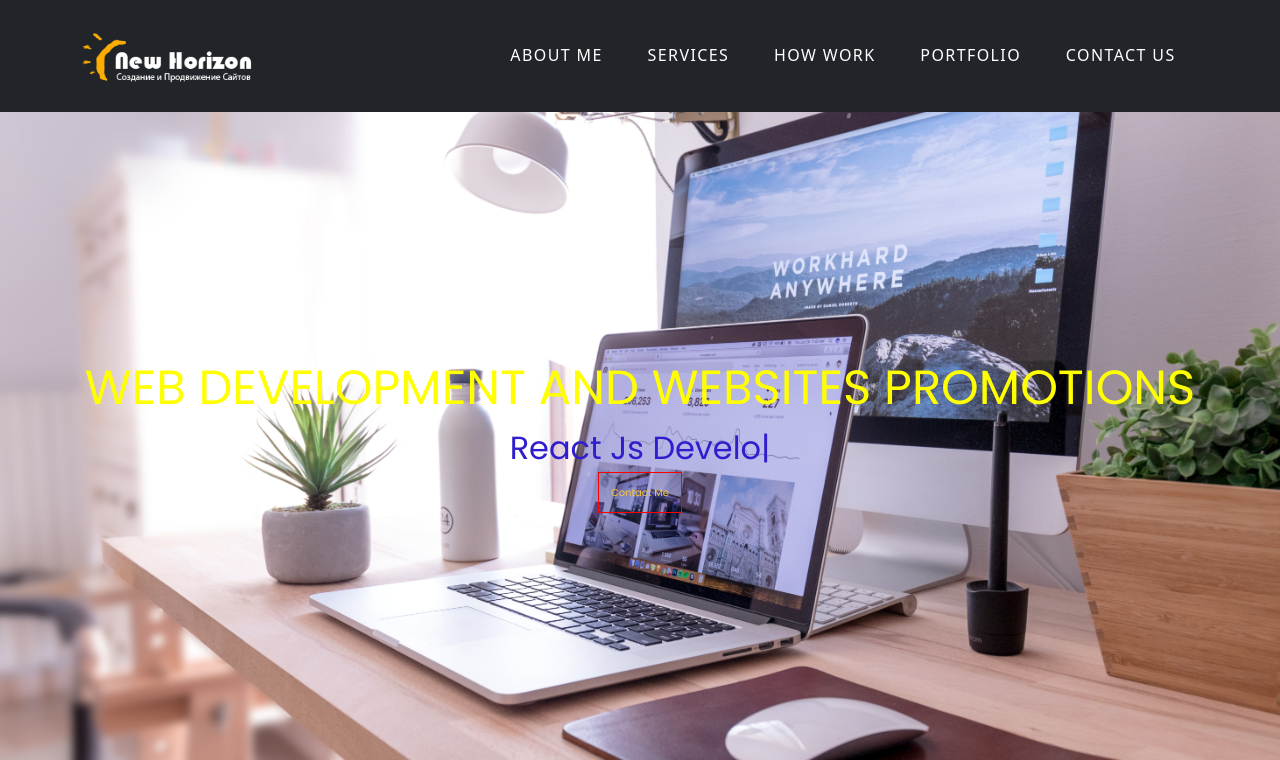
Repository: ahmedibrahimhassan654/React-Bootstrap-5
Page: /
These files come from the project's save history. The page is drawn as it stood at one moment and after the next save; the edit follows.
The browser window is 1280 px wide. The pictures show the whole page.
The project was rebuilt for these pictures with package versions that can differ from the ones it lists, and the page was loaded fresh each time.

Above is the page before, as saved 2021-11-25 07:38:32.

### public/index.html
<!DOCTYPE html>
<html lang="en">
  <head>
    <meta charset="utf-8" />
    <link rel="icon" href="%PUBLIC_URL%/favicon.ico" />
    <meta name="viewport" content="width=device-width, initial-scale=1" />
    <meta name="theme-color" content="#000000" />
    <meta
      name="description"
      content="Web site created using create-react-app"
    />
    <link rel="apple-touch-icon" href="%PUBLIC_URL%/logo192.png" />
    <!--
      manifest.json provides metadata used when your web app is installed on a
      user's mobile device or desktop. See https://developers.google.com/web/fundamentals/web-app-manifest/
    -->
    <link rel="manifest" href="%PUBLIC_URL%/manifest.json" />
    <!--
      Notice the use of %PUBLIC_URL% in the tags above.
      It will be replaced with the URL of the `public` folder during the build.
      Only files inside the `public` folder can be referenced from the HTML.

      Unlike "/favicon.ico" or "favicon.ico", "%PUBLIC_URL%/favicon.ico" will
      work correctly both with client-side routing and a non-root public URL.
      Learn how to configure a non-root public URL by running `npm run build`.
    -->
    <title>React App</title>
  </head>
  <body>
    <noscript>You need to enable JavaScript to run this app.</noscript>
    <div id="root"></div>


 <script src="https://cdn.jsdelivr.net/npm/bootstrap@5.0.2/dist/js/bootstrap.bundle.min.js" integrity="sha384-MrcW6ZMFYlzcLA8Nl+NtUVF0sA7MsXsP1UyJoMp4YLEuNSfAP+JcXn/tWtIaxVXM" crossorigin="anonymous"></script>

  </body>
</html>

### src/App.js
import "./App.css";
import "bootstrap/dist/css/bootstrap.min.css";
import Navbar from "./components/Navbar";
import Header from "./components/Header";
function App() {
  return (
    <>
      <Navbar />
      <Header />
    </>
  );
}

export default App;

### src/App.css
/* Font Imported */
@import url("https://fonts.googleapis.com/css2?family=Poppins:wght@300;400&family=Work+Sans:wght@300&display=swap");

:root {
  --primary-white: #fff;
  --primary-orage: #f4c53f;
  --primary-dark: #212529;
  --primary-green: #44ee17;
}

body {
  font-family: "Poppins", sans-serif;
}
/* Nav Bar */
.logo {
  width: 16.25rem;
}
/* Menu Link */

nav a.nav-link {
  /* font-weight: 900; */
  letter-spacing: 0.0875rem;
  cursor: pointer;
}
nav ul li {
  text-transform: uppercase;
}
.navbar-nav li a {
  color: var(--primary-white) !important;
  margin-right: 0.9rem;
  margin-left: 0.9rem;
  border-bottom: 0.1875rem solid var(--primary-dark);
}
.navbar-brand {
  max-width: 17.25rem;
  padding: 0 !important;
  height: 6rem;
}
.navbar-nav li a.active,
.navbar-nav li a.active:focus {
  border-bottom: 0.1875rem solid var(--primary-orage);
}
.navbar-nav li a:hover {
  border-top: 0.1875rem solid var(--primary-green);
}
/* Header */
.header-wraper {
  position: relative;
  background-image: url("/src/img/cover.jpg");
  background-size: cover;
  background-position: center;
  height: 90vh;
}
.maininfo {
  display: flex;
  position: absolute;
  flex-direction: column;
  justify-content: center;
  align-items: center;
  text-align: center;
  top: 0;
  right: 0;
  bottom: 0;
  left: 0;
  font-family: "Poppins", sans-serif;
}
.maininfo h1 {
  color: yellow;
  text-transform: uppercase;

  font-size: 3rem;
}

.text-typed {
  color: #2f1dce;
  font-size: 2rem;
}
.btn-main-offer {
  border: 1px solid red;
  text-decoration: none;
  border-radius: 0;
  padding: 12px 12px 12px 12px;
  color: var(--primary-orage);
  font-size: 10px;
}

### src/components/Navbar.jsx
import React from "react";
import logo from "../logo.png";

import { FontAwesomeIcon } from "@fortawesome/react-fontawesome";
import { faBars } from "@fortawesome/free-solid-svg-icons";

const Navbar = () => {
  return (
    <>
      <nav className="navbar navbar-expand-lg navbar-light bg-dark">
        <div className="container">
          <a className="navbar-brand" href="#">
            <img className="logo" src={logo} alt=" logo ...." />
          </a>
          <button
            className="navbar-toggler"
            type="button"
            data-bs-toggle="collapse"
            data-bs-target="#navbarSupportedContent"
            aria-controls="navbarSupportedContent"
            aria-expanded="false"
            aria-label="Toggle navigation"
          >
            <FontAwesomeIcon icon={faBars} style={{ color: "orange" }} />
          </button>
          <div className="collapse navbar-collapse" id="navbarSupportedContent">
            <ul className="navbar-nav ms-auto mb-2 mb-lg-0">
              <li className="nav-item">
                <a className="nav-link " aria-current="page" href="#">
                  about me
                </a>
              </li>
              <li className="nav-item">
                <a className="nav-link" href="#">
                  services
                </a>
              </li>
              <li className="nav-item">
                <a className="nav-link" href="#">
                  How work
                </a>
              </li>
              <li className="nav-item">
                <a className="nav-link" href="#">
                  Portfolio
                </a>
              </li>
              <li className="nav-item">
                <a className="nav-link" href="#">
                  Contact Us
                </a>
              </li>
            </ul>
          </div>
        </div>
      </nav>
    </>
  );
};

export default Navbar;

### src/components/Header.jsx
import React from "react";
import Typed from "react-typed";
const Header = () => {
  return (
    <div className="header-wraper">
      <div className="maininfo">
        <h1> web development and websites promotions</h1>
        <Typed
          className="text-typed"
          strings={[
            "Node Js Developer",
            "React Js Developer",
            "MERN Stack Web Developer",
          ]}
          typeSpeed={80}
          backSpeed={60}
          loop
        />
        <a href="#" className="btn-main-offer">
          Contact Me
        </a>
      </div>
    </div>
  );
};

export default Header;

Loaded but not shown: src/index.js (common file); src/reportWebVitals.js (common file)

After the next save:
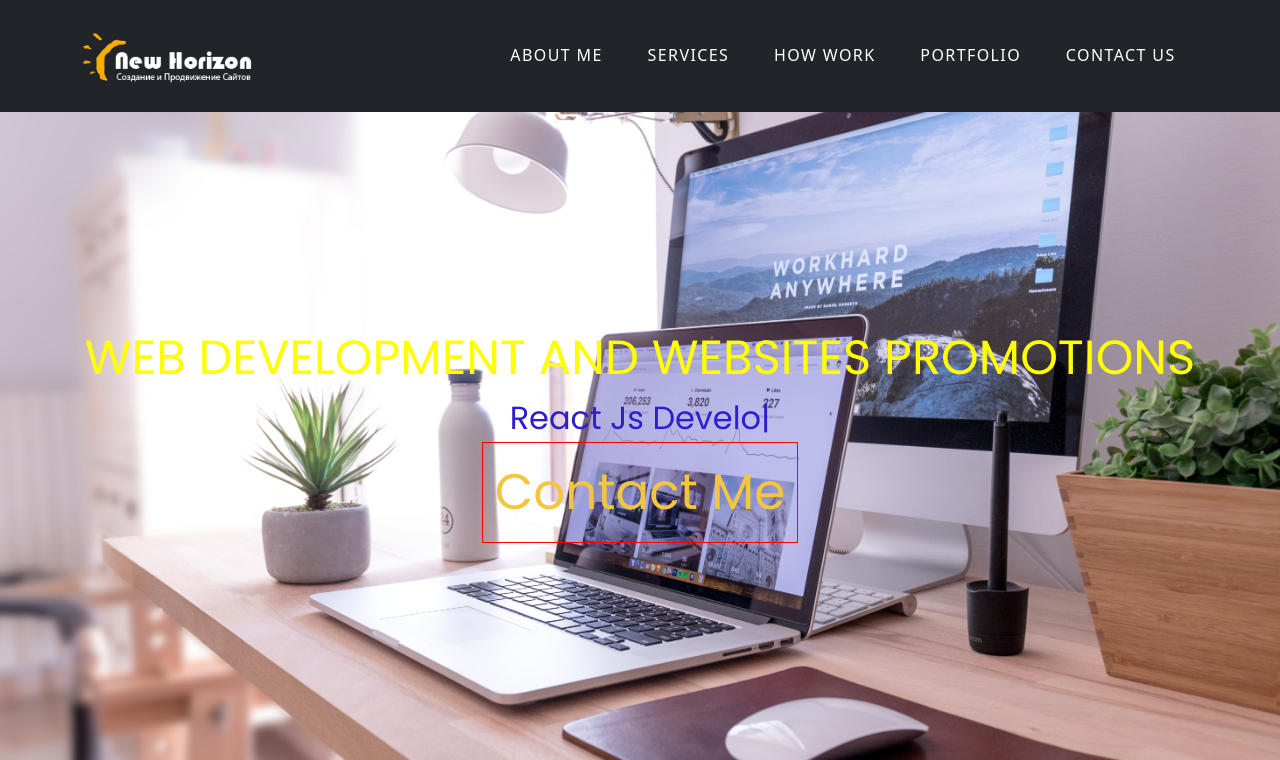
Saved 8 s later.
--- a/src/App.css
+++ b/src/App.css
@@ -81,5 +81,5 @@ nav ul li {
   border-radius: 0;
   padding: 12px 12px 12px 12px;
   color: var(--primary-orage);
-  font-size: 10px;
+  font-size: 50px;
 }
